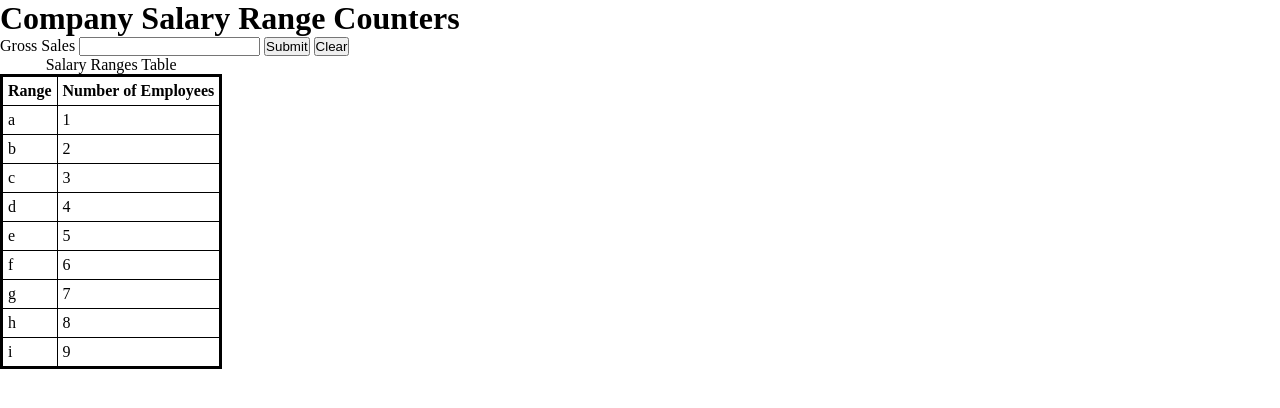
Repository: mlmEFSC21/P17-Sales-Commision
Page: sales.html
These files come from the project's save history. The page is drawn as it stood at one moment and after the next save; the edit follows.
The browser window is 1280 px wide. The pictures show the whole page.

Above is the page before, as saved 2022-04-01 06:28:45.

After the next save:
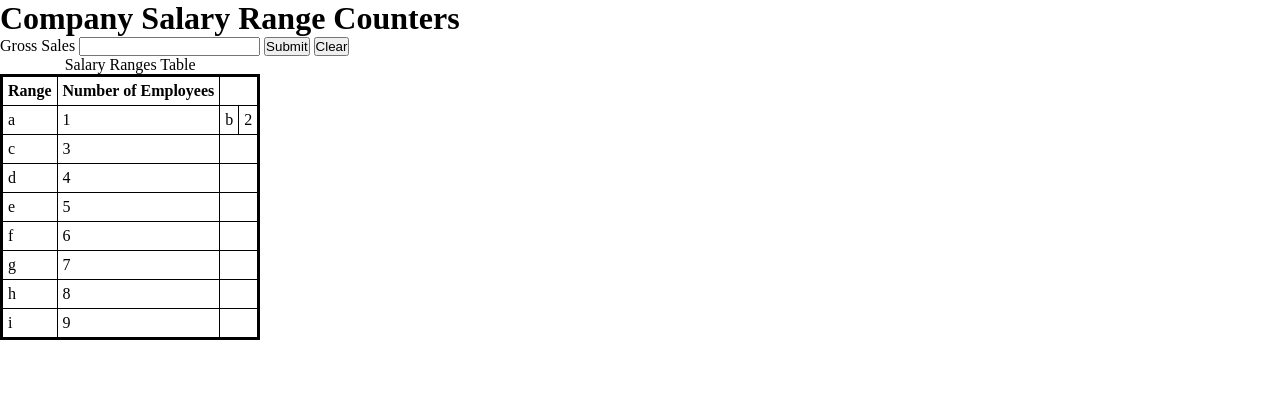
Saved 115 s later.
--- a/sales.html
+++ b/sales.html
@@ -32,11 +32,10 @@
                 <tr>
                     <td>a</td>
                     <td>1</td>
-                </tr>
-                <tr>
                     <td>b</td>
                     <td>2</td>
                 </tr>
+                <tr></tr>
                 <tr>
                     <td>c</td>
                     <td>3</td>

After the save that followed:
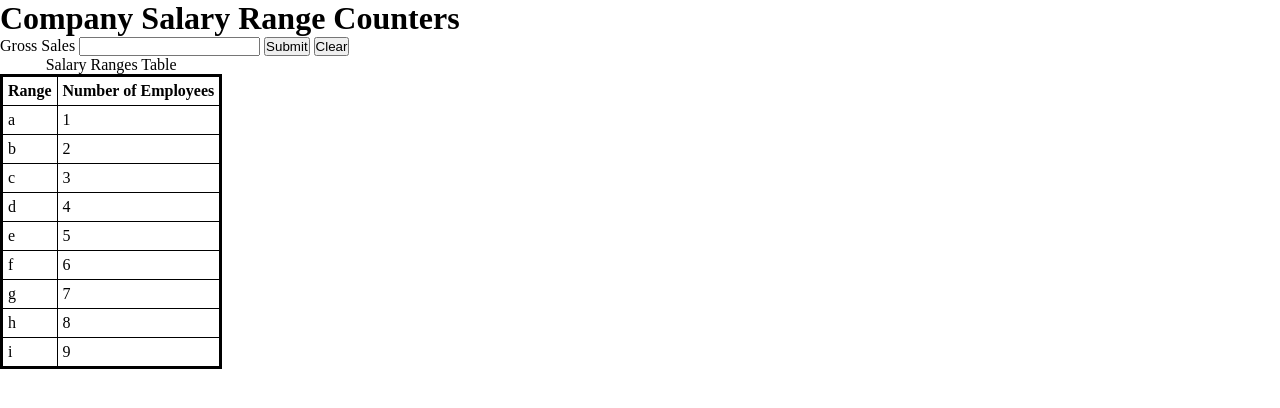
Saved 5 s later.
--- a/sales.html
+++ b/sales.html
@@ -32,9 +32,9 @@
                 <tr>
                     <td>a</td>
                     <td>1</td>
-                    <td>b</td>
-                    <td>2</td>
                 </tr>
+                <td>b</td>
+                <td>2</td>
                 <tr></tr>
                 <tr>
                     <td>c</td>
